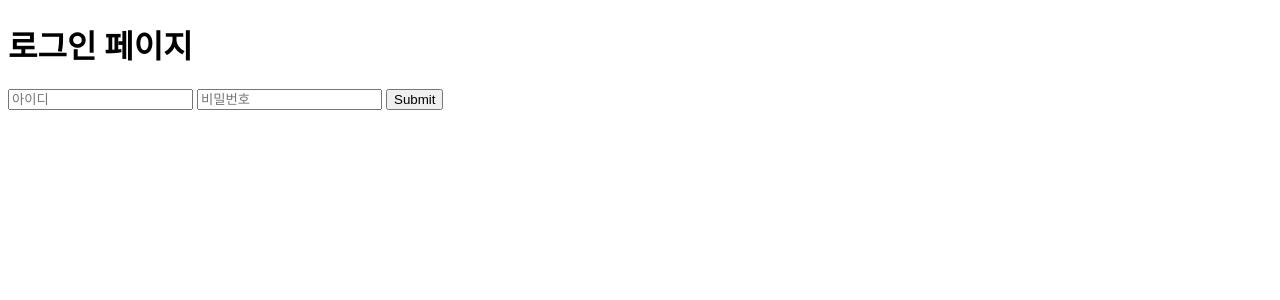
Repository: Kimgigon123123/JspServlet
Page: http://localhost/04.Implicit/Ex01_Request/Ex03_Request.jsp
The author's editor kept a copy of each file at every save. The page is drawn from the files as they stood at one save, then again after the next save.
The browser window is 1280 px wide. The pictures show the whole page.
The page is served by Tomcat 9. Other server files are loaded and not shown.

Above is the page before, as saved 2023-05-22 02:55:23.

### WorkSpace/04.Implicit/src/main/webapp/Ex01_Request/Ex03_Request.jsp
<%@ page language="java" contentType="text/html; charset=UTF-8"
    pageEncoding="UTF-8"%>
<!DOCTYPE html>
<html>
<head>
<meta charset="UTF-8">
<title>Insert title here</title>
</head>
<body>
	<h1> 로그인 페이지</h1>
	<!--  url mapping / jdbclogin을 만들고 (servlet) Ex03_Request
			현재 JSP페이지에서 id와 pw를 전송하게 처리해보기.
			전송방식을 민감한 정보인 id와 pw는 Post로 한다.(URL에 노출x) -->
	<form action="../jdbclogin" method="post">
		 		<input type="text" name="id" id="id" placeholder="아이디">
 	 			<input type="text" name="pw" id="pw" placeholder="비밀번호">
		 		<input type = "submit">
	</form>
</body>
</html>

After the next save:
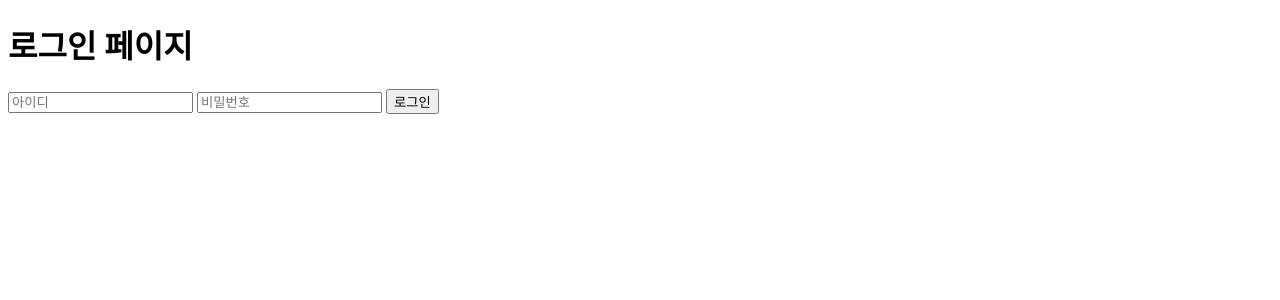
Saved 20 s later.
--- a/WorkSpace/04.Implicit/src/main/webapp/Ex01_Request/Ex03_Request.jsp
+++ b/WorkSpace/04.Implicit/src/main/webapp/Ex01_Request/Ex03_Request.jsp
@@ -14,7 +14,7 @@
 	<form action="../jdbclogin" method="post">
 		 		<input type="text" name="id" id="id" placeholder="아이디">
  	 			<input type="text" name="pw" id="pw" placeholder="비밀번호">
-		 		<input type = "submit">
+		 		<input type = "submit" value="로그인">
 	</form>
 </body>
 </html>
